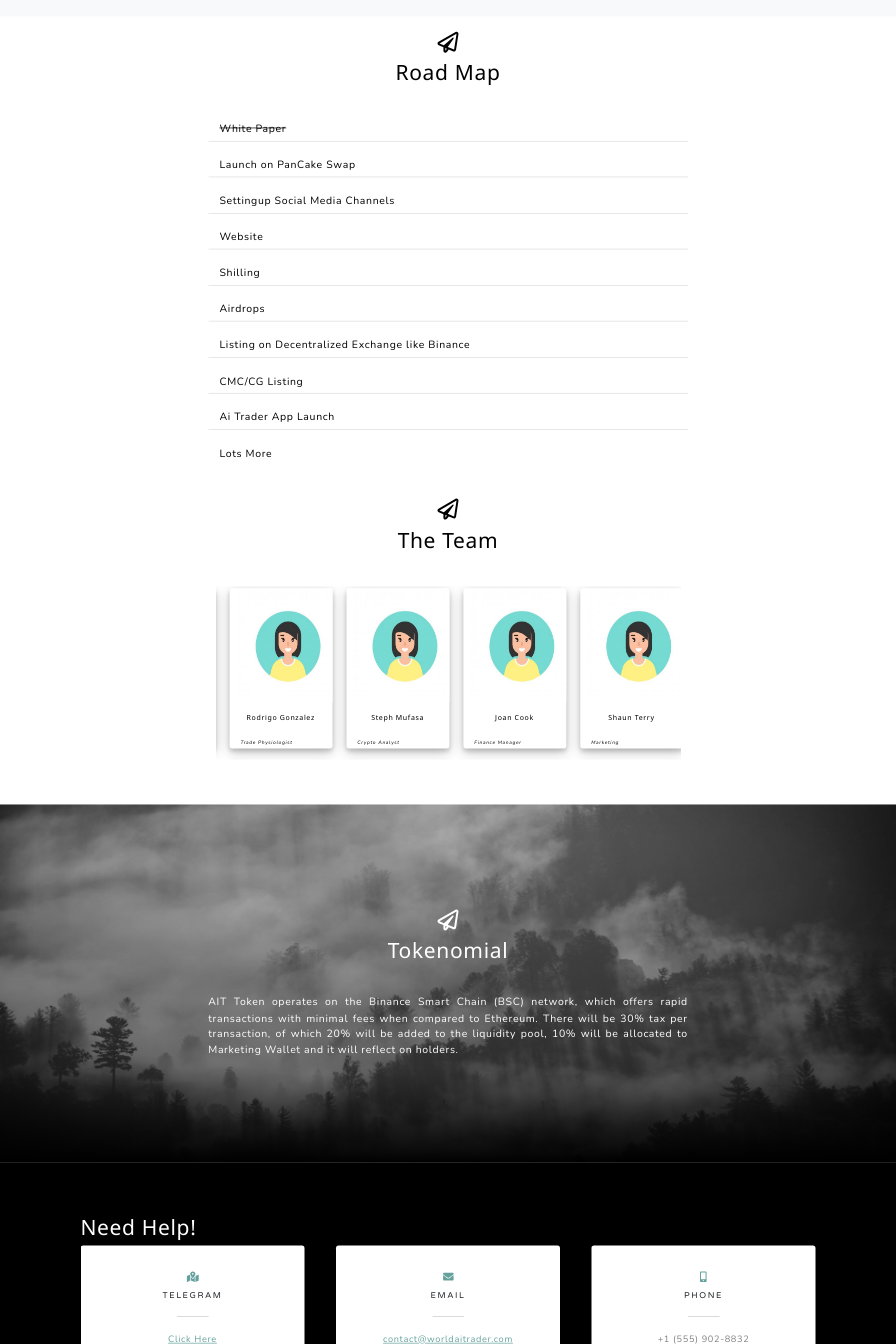
Repository: seyicoded/ico_one
Page: index.html
These files come from the project's save history. The page is drawn as it stood at one moment and after the next save; the edit follows.
The browser window is 1280 px wide. The pictures show the part of the page from y = 2975 to 4895 px (the page is 5230 px tall), at 70% of full size.

Above is the page before, as saved 2022-03-06 17:09:31.

After the next save:
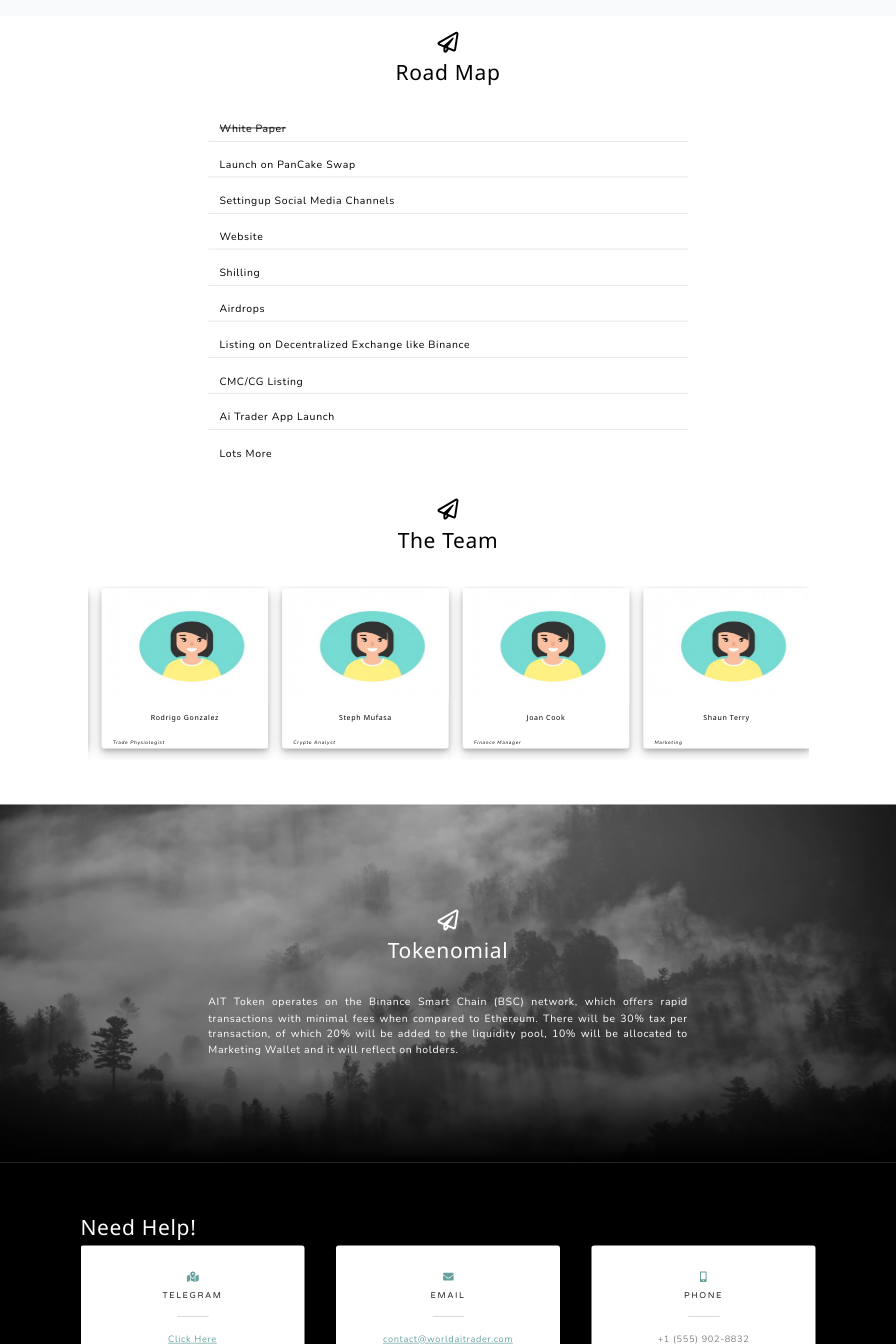
Saved 24 s later.
--- a/index.html
+++ b/index.html
@@ -219,7 +219,7 @@
         <section class="team-section w3-text-black" id="team">
             <div class="container px-4 px-lg-5">
                 <div class="row gx-4 gx-lg-5">
-                    <div class="col-md-10 col-lg-8 mx-auto text-center">
+                    <div class="col-md-12 col-lg-12 mx-auto text-center">
                         <i class="far fa-paper-plane fa-2x mb-2 text-white"></i>
                         <h2 class="text-white mb-5">The Team</h2>
 
